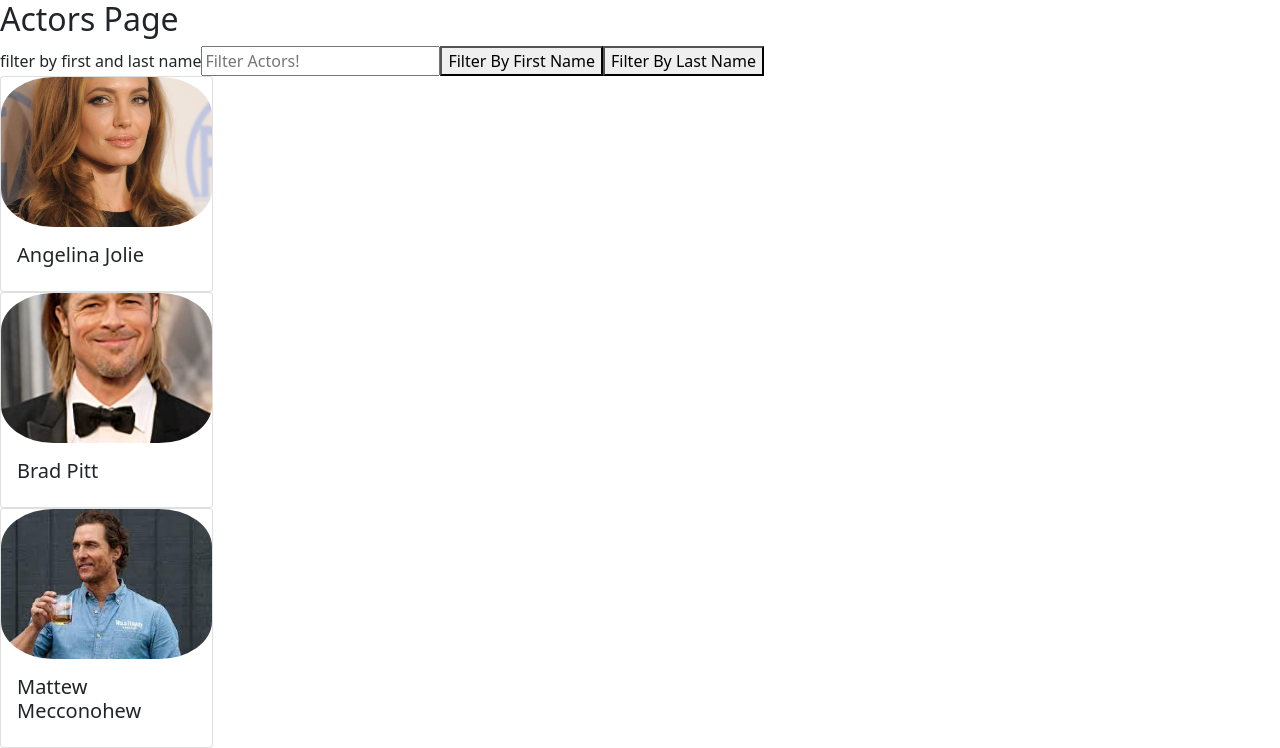
Repository: shuroo/FECourse-react-movieapp
Page: /
These files come from the project's save history. The page is drawn as it stood at one moment and after the next save; the edit follows.
The browser window is 1280 px wide. The pictures show the whole page.
The project was rebuilt for these pictures with package versions that can differ from the ones it lists, and the page was loaded fresh each time. Also part of the build but not shown: src/App.css.

Above is the page before, as saved 2021-07-24 17:48:15.

After the next save:
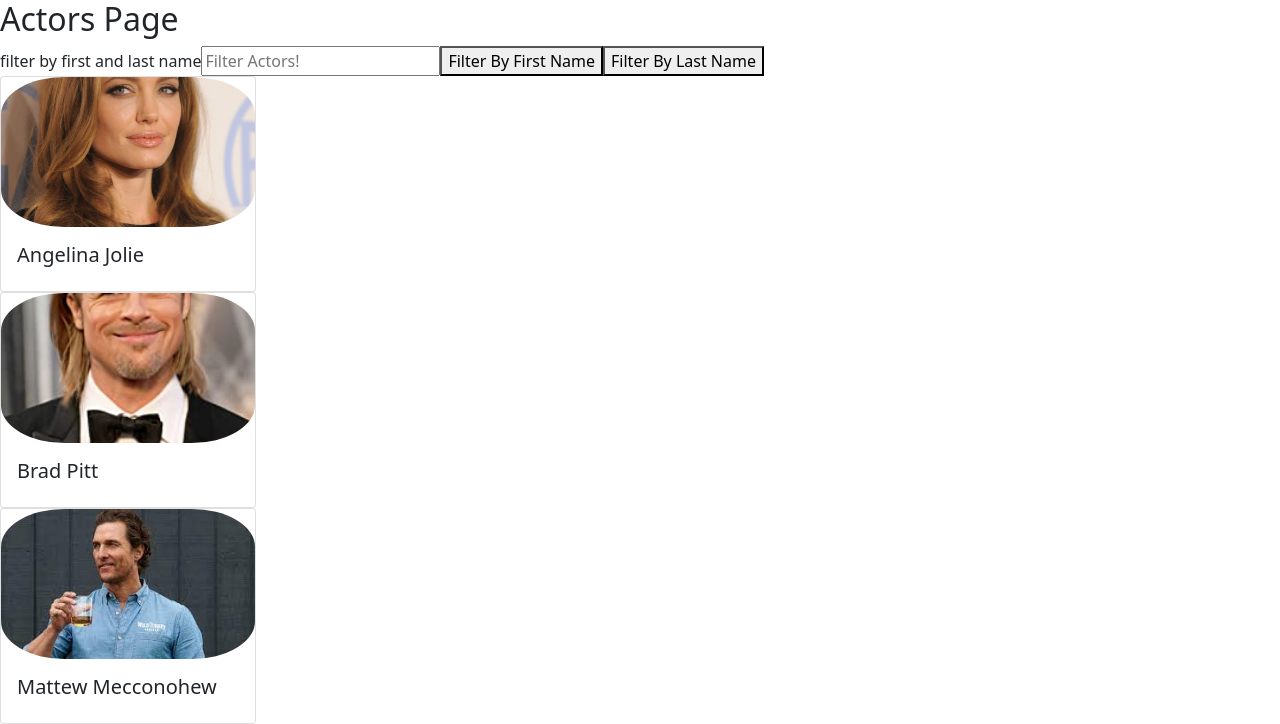
Saved 16 s later.
--- a/src/components/CardComponent.css
+++ b/src/components/CardComponent.css
@@ -10,3 +10,7 @@
     align-items: flex-start;
     flex-basis: 20%;
 }
+
+.card {
+    width: 20%;
+}

After the save that followed:
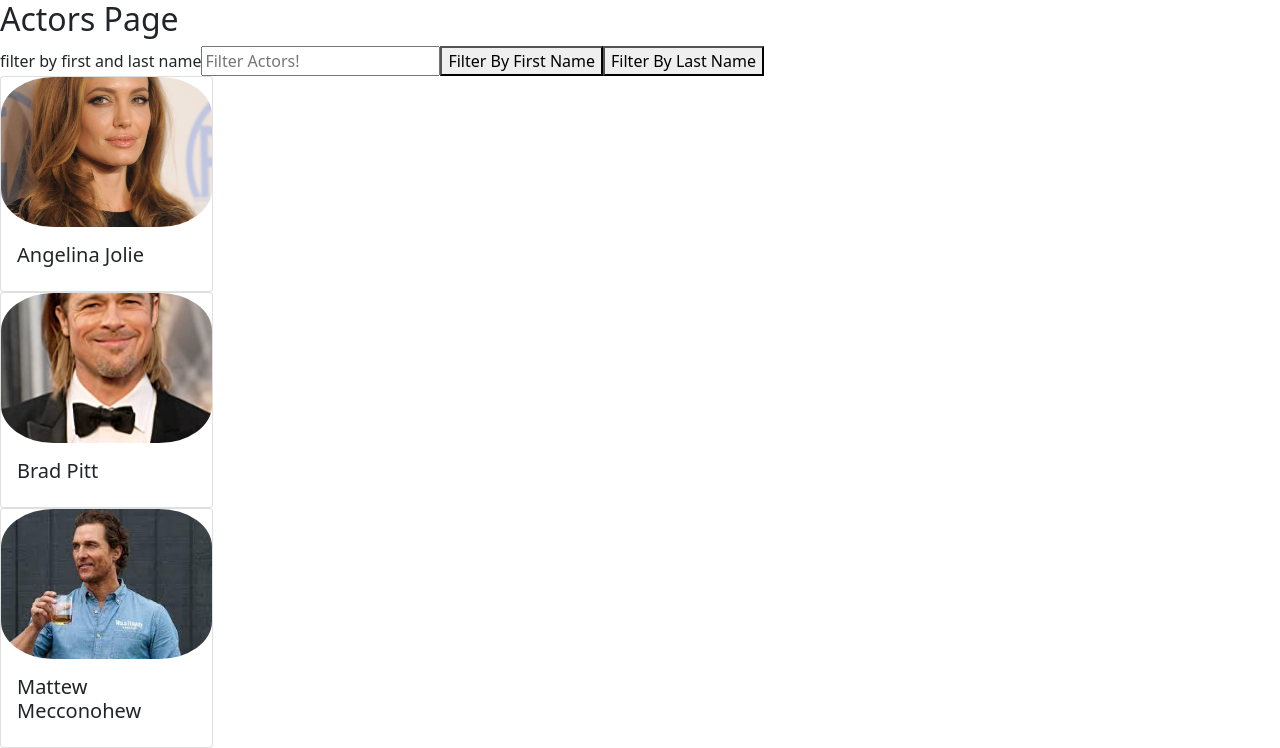
Saved 26 s later.
--- a/src/components/CardComponent.css
+++ b/src/components/CardComponent.css
@@ -12,5 +12,6 @@
 }
 
 .card {
-    width: 20%;
+    display: flex;
+    flex-direction: column;
 }
